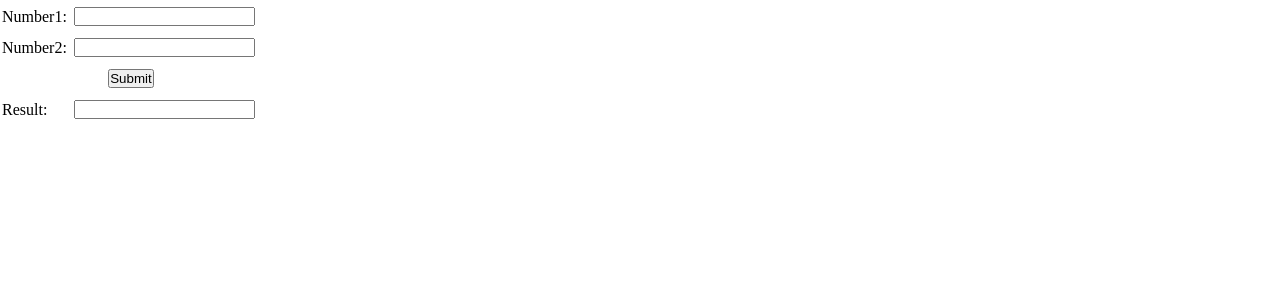
Repository: Nanda-Hari-Reddy/YouTube-Clone
Page: http://localhost/Demo/
These files come from the project's save history. The page is drawn as it stood at one moment and after the next save; the edit follows.
The browser window is 1280 px wide. The pictures show the whole page.
The page is served by Tomcat 9. Other server files are loaded and not shown.

Above is the page before, as saved 2023-11-01 07:20:58.

### MDB-Free_4.20.0/SERVELETS/Demo/src/main/webapp/index.jsp
<html>
<head>
	<style>
		*
		{
			margin: 0px;
			box-sizing: border-box;
			padding: 0px;
		}
		/*table
		{
			border: 2px solid black;
			margin-inline:auto;
			background-color: grey;
		}*/
		input
        {
            margin: 5px;
			padding:1 rem;
        }
	</style>
<body>
	<form action="add">
		<table>
		<tr>
			<td>Number1:</td>
			<td><input type="text" name="one"></td>
		</tr>
		<tr>
			<td>Number2:</td>
			<td><input type="text" name="two"></td>
		</tr>
		<tr>
			<td colspan="2" style="text-align: center"><input type="submit"></td>
		</tr>
		<tr>
			<td>Result:</td>
			<td><input type="text" name="result"></td>
		</tr>
		</table>
	</form>
</body>
</head>
</html>

After the next save:
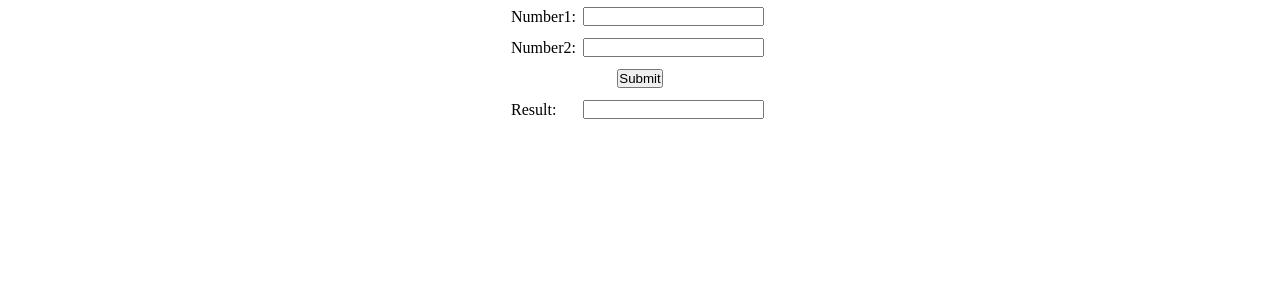
Saved 25 s later.
--- a/MDB-Free_4.20.0/SERVELETS/Demo/src/main/webapp/index.jsp
+++ b/MDB-Free_4.20.0/SERVELETS/Demo/src/main/webapp/index.jsp
@@ -7,12 +7,12 @@
 			box-sizing: border-box;
 			padding: 0px;
 		}
-		/*table
+		table
 		{
-			border: 2px solid black;
+			//border: 2px solid black;
 			margin-inline:auto;
-			background-color: grey;
-		}*/
+			//background-color: grey;
+		}
 		input
         {
             margin: 5px;
